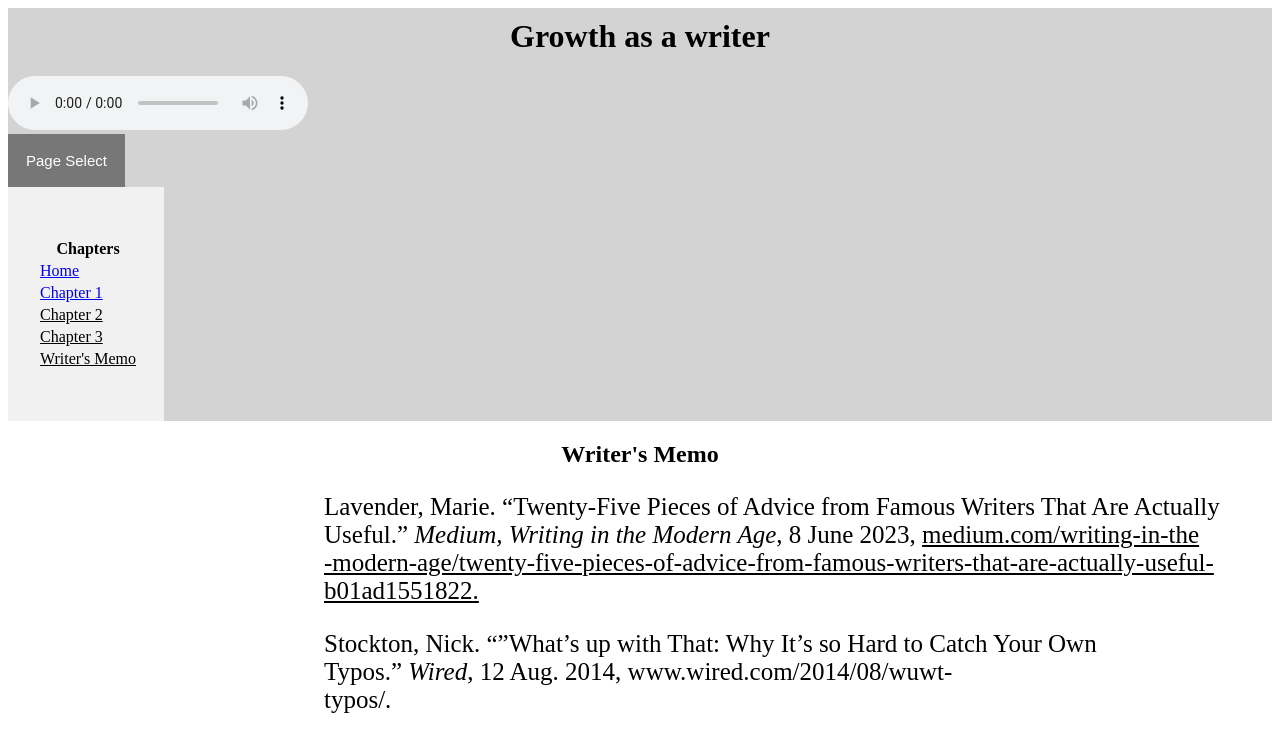
Repository: jpaisiem/WP-4
Page: WorksCited.html
The author's editor kept a copy of each file at every save. The page is drawn from the files as they stood at one save, then again after the next save.
The browser window is 1280 px wide. The pictures show the whole page.

Above is the page before, as saved 2025-05-01 12:13:46.
Console error: TypeError: Cannot read properties of undefined (reading 'toggle')

### WorksCited.html
<!DOCTYPE html>
<html>
<head>
<meta name="viewport" content="width=device-width, initial-scale=1">
<style>
.collapsible {
  background-color: #777;
  color: white;
  cursor: pointer;
  padding: 18px;
  width: fit-content;
  border: none;
  text-align: left;
  outline: none;
  font-size: 15px;
}

.active, .collapsible:hover {
  background-color: #555;
}

.content {
  display: flex;
  flex-direction: column;
  overflow: hidden;
  background-color: #f1f1f1;
  width: fit-content;
  height: fit-content;
  padding-left: 2.3%;
  padding-right: 2%;
}
p
{
 font-size: 25px;
 text-align: left;
 margin-left:25%;
}
li
{
 font-size: 25px;
 text-align: left;
 margin-left: 5%;

}
</style>
<title>Growth as a writer - Chapter 3</title>
</head>
<body>
    <div style="background-color: lightgray; display: flex; flex-direction: column; margin-top: 0%;">
        <h1 style="text-align: center; background-color: lightgray; padding-top: 10px; margin-top: 0%;">Growth as a writer</h1>
        <div style="align-items: center;">
        <audio controls>
            <source src="audio.mp3" type="audio/mpeg">
        </audio>
        </div>
<button type="button" class="collapsible">Page Select</button>
<div class="content">
  <p><table>
    <tr>
        <th>Chapters</th>
    </tr>
    <tr>
        <td><a href="index.html">Home</a></td>
    </tr>
    <tr>
        <td><a href="Chapter1.html">Chapter 1</a></td>
    </tr>
     <tr>
        <td><a href="Chapter2.html" style="color: black;">Chapter 2</a></td>
    </tr>
    <tr>
        <td><a href="Chapter3.html" style="color: black;">Chapter 3</a></td>
    </tr>
    <tr>
        <td><a href="WritersMemo.html" style="color: black;">Writer&apos;s Memo</a></td>
    </tr>
  </table></p>
</div>
    </div>
<div style="text-align: center;">
     <h2 style="text-align: center;">Writer&apos;s Memo</h2>
     <p>
    Lavender, Marie. <q>Twenty-Five Pieces of Advice from Famous Writers That Are Actually <br>
    Useful.</q> <i>Medium, Writing in the Modern Age</i>, 8 June 2023, <u>medium.com/writing-in-the<br>
    -modern-age/twenty-five-pieces-of-advice-from-famous-writers-that-are-actually-useful-<br>
    b01ad1551822.</u><br>
</p>
<p>
     Stockton, Nick. <q></q>What’s up with That: Why It’s so Hard to Catch Your Own <br>
     Typos.” <i>Wired</i>, 12 Aug. 2014, www.wired.com/2014/08/wuwt-<br>
     typos/.<br>
</p>
</div>
<script>
var coll = document.getElementsByClassName("collapsible");
var i;

for (i = 0; i < coll.length; i++) {
  coll[i].addEventListener("click", function() {
    this.classList.toggle("active");
    var content = this.nextElementSibling;
    if (content.style.display === "block") {
      content.style.display = "none";
    } else {
      content.style.display = "block";
    }
  });
}
if(location.reload){
    this.classList.toggle("collapsible");
}
</script>

</body>
</html>

After the next save:
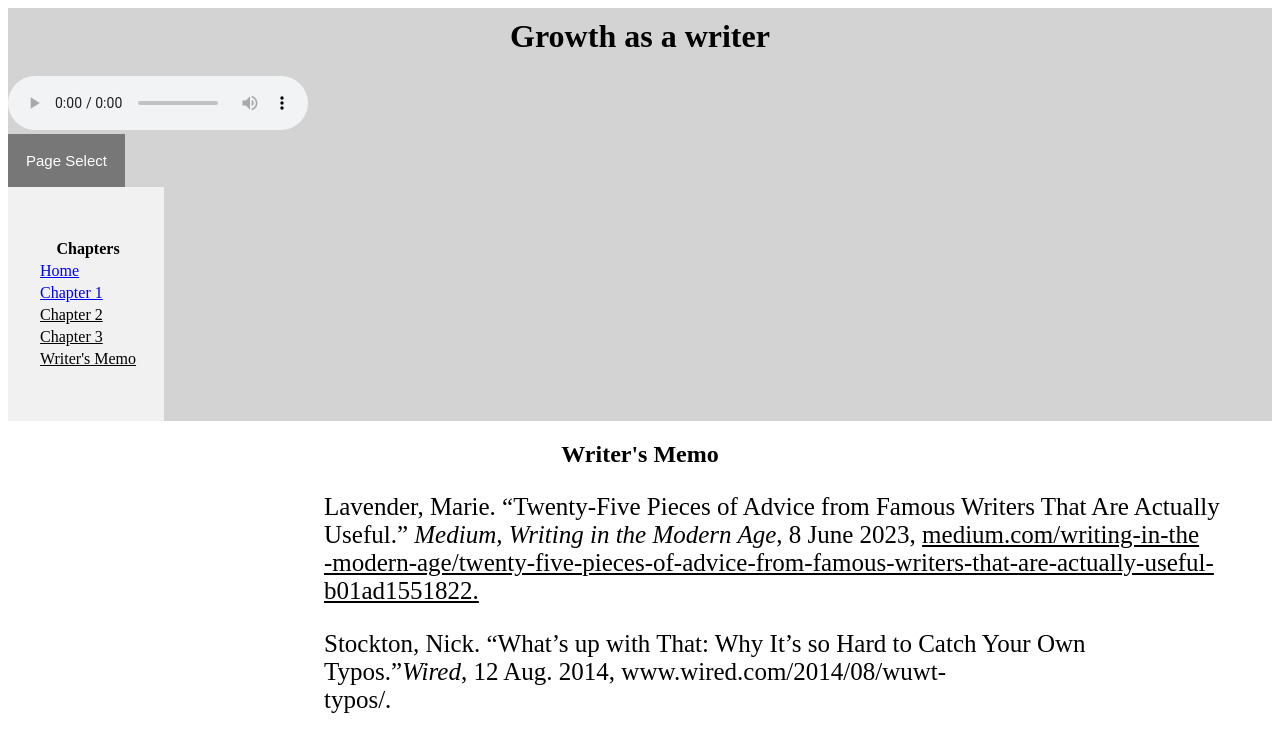
Saved 6 s later.
--- a/WorksCited.html
+++ b/WorksCited.html
@@ -86,8 +86,8 @@ li
     b01ad1551822.</u><br>
 </p>
 <p>
-     Stockton, Nick. <q></q>What’s up with That: Why It’s so Hard to Catch Your Own <br>
-     Typos.” <i>Wired</i>, 12 Aug. 2014, www.wired.com/2014/08/wuwt-<br>
+     Stockton, Nick. <q>What’s up with That: Why It’s so Hard to Catch Your Own <br>
+     Typos.</q><i>Wired</i>, 12 Aug. 2014, www.wired.com/2014/08/wuwt-<br>
      typos/.<br>
 </p>
 </div>
